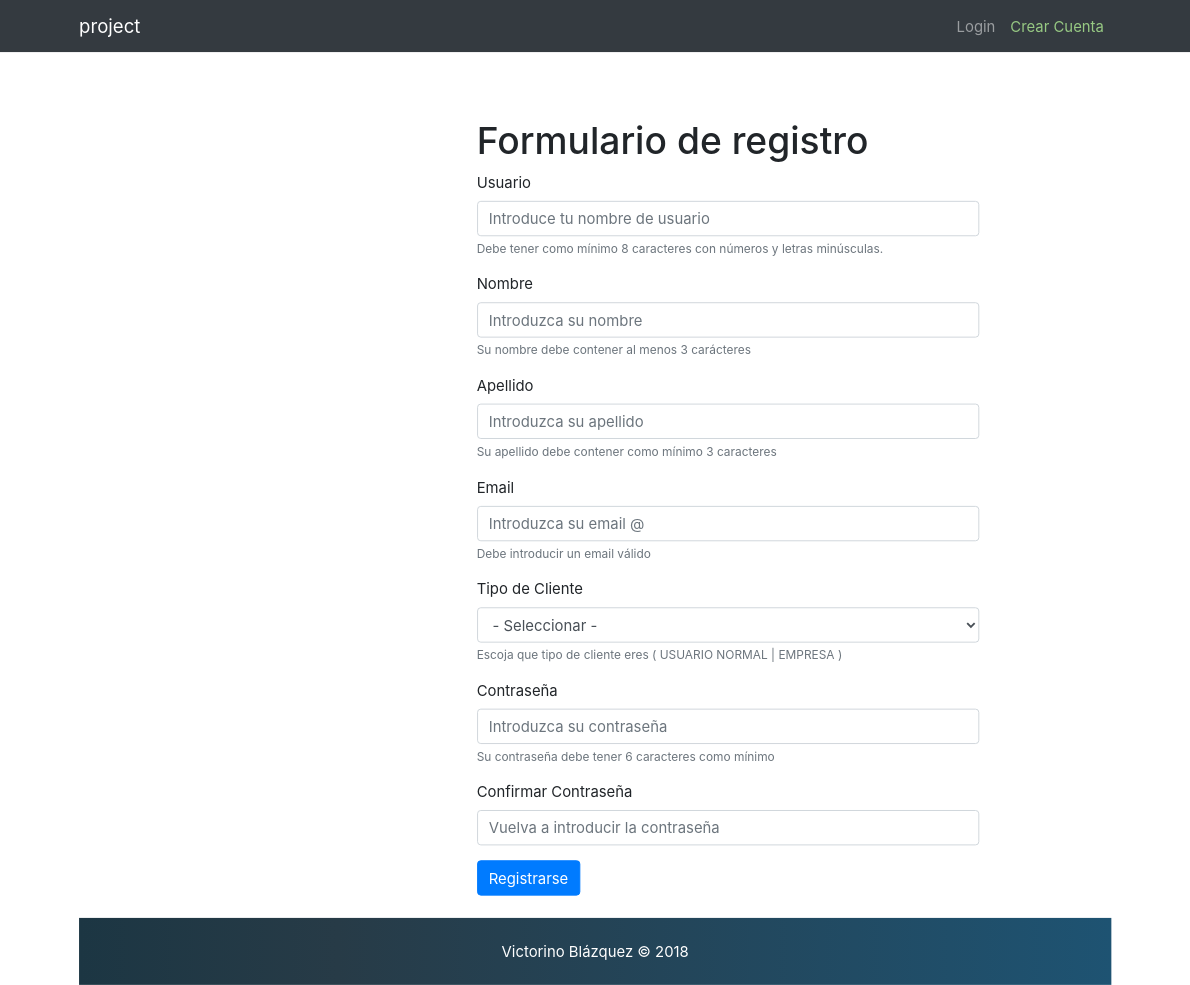
Repository: VictorinoBF97/ProjectPHP
Page: http://localhost/project/register/index.php
The author's editor kept a copy of each file at every save. The page is drawn from the files as they stood at one save, then again after the next save.
The browser window is 1280 px wide. The pictures show the whole page, at 93% of full size.
The page is run by PHP 8.4 with error messages shown; the project is at /var/www/html/.

Above is the page before, as saved 2018-11-18 10:04:55.

After the next save:
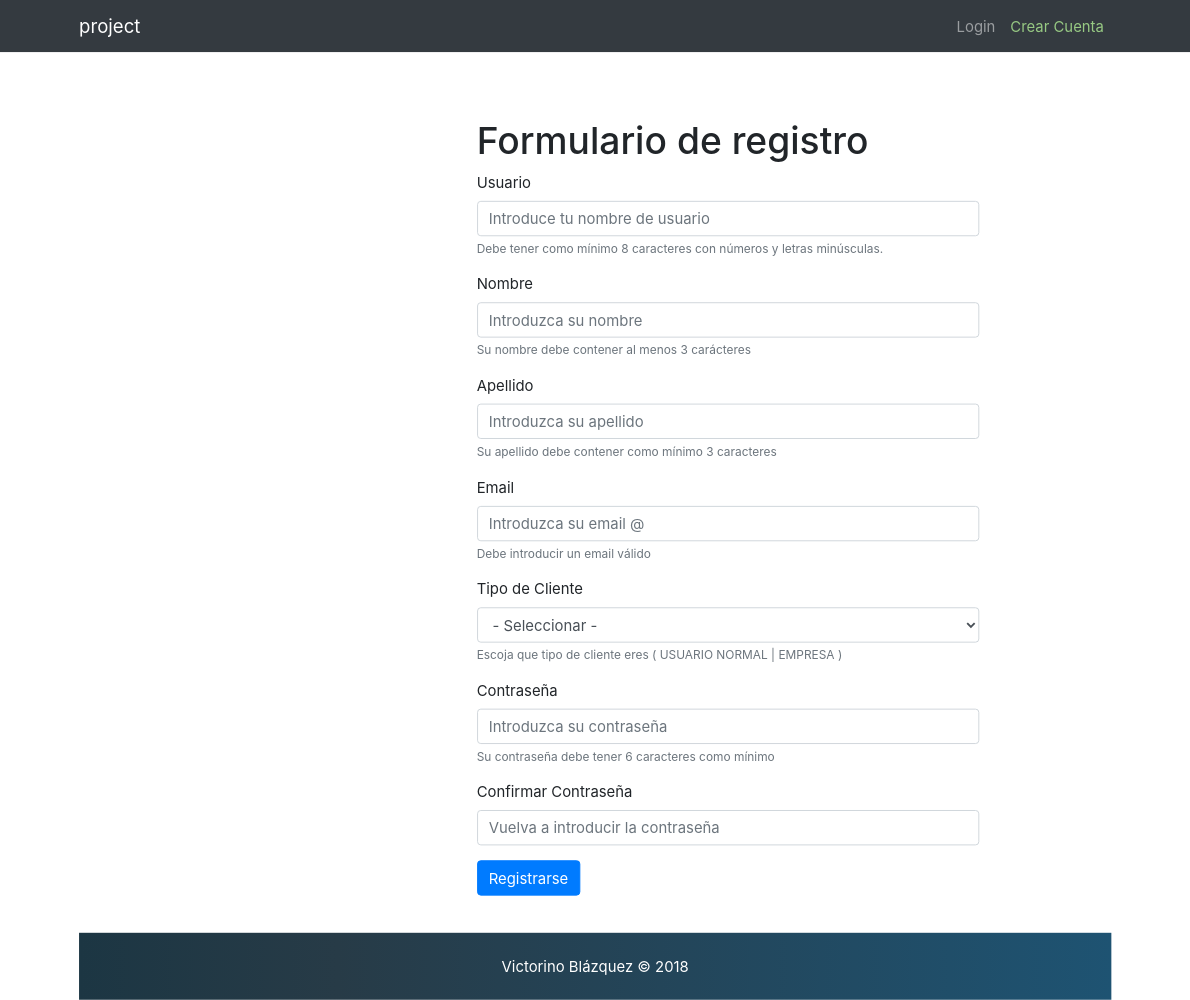
Saved 6 s later.
--- a/register/register.view.php
+++ b/register/register.view.php
@@ -1,4 +1,4 @@
-
+<!--REQUI
 <?php
     require_once '../setup.php';
     require_once '../includes/header.php';

After the 4 saves that followed:
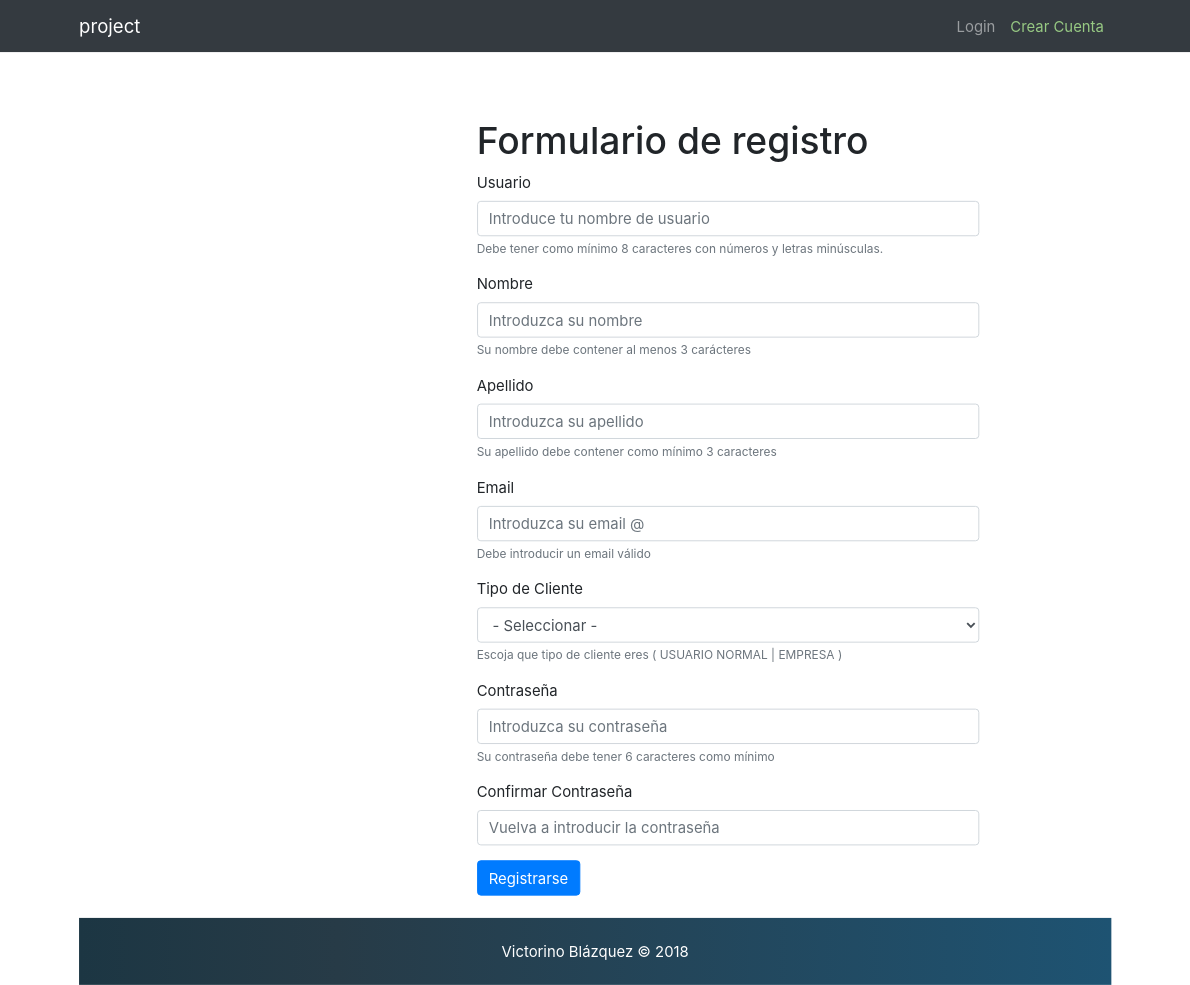
The 4 saves are shown as one change because they came seconds apart.
The last was saved 10 s later.
--- a/register/register.view.php
+++ b/register/register.view.php
@@ -1,8 +1,9 @@
-<!--REQUI
+<!--REQUERIMIENTOS-->
 <?php
     require_once '../setup.php';
     require_once '../includes/header.php';
 ?>
+<!--
 
 <!--BODY-->
 <div class="container">
